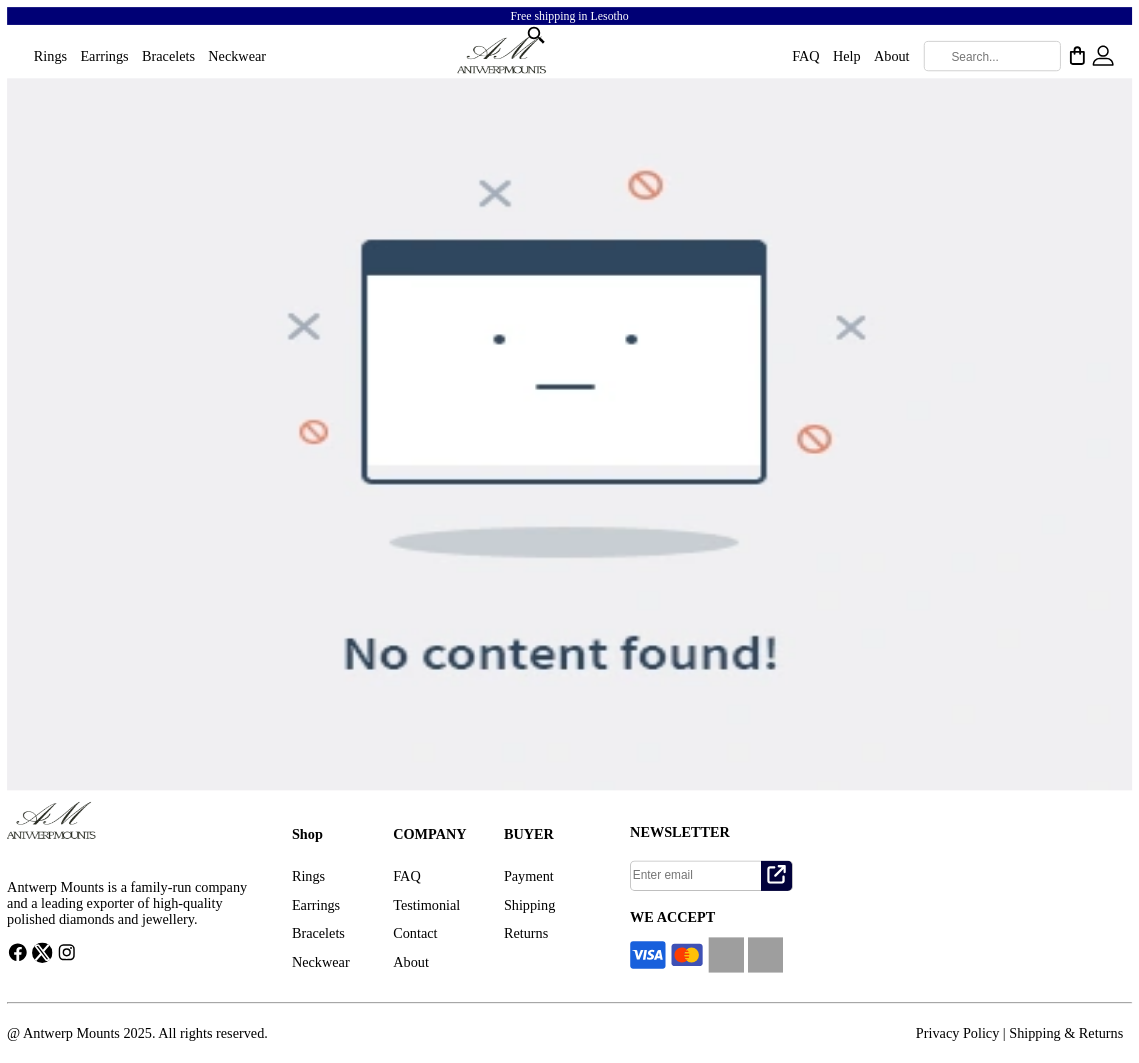
Repository: kea-0424/Web-Development-Project-1
Page: First_collaboration/JewelarySite.html
An editor plug-in stored every save of this project. The page is shown before and after a run of saves, followed by the edit.
The browser window is 1280 px wide. The pictures show the whole page, at 89% of full size.
Pictures or frames that could not be fetched are drawn as grey boxes.

Above is the page before, as saved 2025-01-23 11:36:25.

### First_collaboration/JewelarySite.html
<!DOCTYPE html>
<html lang="en">
<head>
    <meta charset="UTF-8">
    <meta name="viewport" content="width=device-width, initial-scale=1.0">
    <title>Document</title>
    <link rel="stylesheet" href="./JewelarySite.css">
</head>
<body>
    <header>
        <div class="notification">
            <span>Free shipping in Lesotho</span>
        </div>
        <nav>
                <ul class="navigations"  id="right_nav">
                    <li class="navbar_links"><a href="#">Rings</a></li>
                    <li class="navbar_links"><a href="#">Earrings</a></li>
                    <li class="navbar_links"><a href="#">Bracelets</a></li>
                    <li class="navbar_links"><a href="#">Neckwear</a></li>
                </ul>

            <div class="logo_container">
<img src="Main_Logo-removebg-preview.png" alt="Logo" class="main_logo" id="Nav_logo">
            </div>
                <ul class="navigations" id="left_nav">
                    <li class="navbar_links"><a href="#">FAQ</a></li>
                    <li class="navbar_links"><a href="#">Help</a></li>
                    <li class="navbar_links"><a href="#">About</a></li>
                </ul>
                <form action="#">
                    <div class="searchbar_icon">
                        <img src="./bx-search-alt-2.svg" alt="icon">
                        <input class='searchbar' type="text" placeholder="Search...">
                    </div>
                </form>
                <div class="nav_icons">
                    <img src="./cart.svg" alt="Logo" class="icon">
                    <img src="./profile.svg" alt="Logo" class="icon">
                </div>
        </nav>
    </header>
    <main>
        <img src="./NoContent.webp" alt="No_Content" class="No_Content">
    </main>
    <footer>
        <div class="about_us">
            <div class="logo_container">
                <img src="Main_Logo-removebg-preview.png" alt="Logo" class="main_logo">
                            </div>
                            <div class="bio">
                                <p>Antwerp Mounts is a family-run company<br>
                                    and a leading exporter of high-quality<br>
                                   polished diamonds and jewellery.</p>
                            </div>
                                <div class="social_media">
                                    <div class="socials" >
                                        <a href="#"><img src="./bxl-facebook-circle (1).svg" alt="Facebook" id="facebook_link"></a>
                                    </div>
                                    <div class="socials">
                                        <a href="#"><img src="./x-twitter-brands-solid.svg" alt="Twitter" id="X_link"></a>
                                    </div>
                                    <div class="socials">
                                        <a href="#"><img src="./bxl-instagram (1).svg" alt="Instagram" id="instagram_link"></a>
                                    </div>
                                    </div>
        </div>
        <div class="navigation">
            <div class="list1">
                <h4>Shop</h4>
                <ul class="footer_lists">
                    <li><a href="#">Rings</a></li>
                    <li><a href="#">Earrings</a></li>
                    <li><a href="#">Bracelets</a></li>
                    <li><a href="#">Neckwear</a></li>
                </ul>
            </div>
            <div class="list2">
               <h4>COMPANY</h4>
               <ul class="footer_lists">
                <li><a href="#">FAQ</a></li>
                <li><a href="#">Testimonial</a></li>
                <li><a href="#">Contact</a></li>
                <li><a href="#">About</a></li>
               </ul>
            </div>
            <div class="list3">
                <h4>BUYER</h4>
                <ul class="footer_lists">
                    <li><a href="#">Payment</a></li>
                    <li><a href="#">Shipping</a></li>
                    <li><a href="#">Returns</a></li>
                </ul>
            </div>
        </div>
        <div class="Subscription">
            <h4>NEWSLETTER</h4>
            <form action="#">
                <div class="input_container">
                    <input type="text" placeholder="Enter email" class="newsletter_input">
                    <button type="submit" class="submit_btn"><img src="./arrow-up-right-from-square-solid.svg" alt="arrow"></button>
                </div>
            </form>
            <h4>WE ACCEPT</h4>
            <div class="payment_methods">
                <div class="payment_method">
                    <img src="./cc-visa-brands-solid.svg" alt="visa" id="visa">
                </div>
                <div class="payment_method">
                    <img src="mastercard.svg" alt="mastercard" id="mastercard">
                </div>
                <div class="payment_method">
                    <img src="./paypal.svg" alt="paypal" id="paypal">
        </div>
        <div class="payment_method">
            <img src="./skrill.svg" alt="skrill" id="skrill">
        </div>
            </div>
        </div>
        <hr>
        <div class="copyright">
            <p class="left_details">@ Antwerp Mounts 2025. All rights reserved.</p>
            <p class="right_details">Privacy Policy | Shipping & Returns</p>
        </div>
    </footer>
</body>
</html>

### First_collaboration/JewelarySite.css

body {
    box-sizing: border-box;
}
.notification {
    background-color: rgb(0 0 117);
    color: rgb(255 255 255);
    display: flex;
    align-items: center;
    justify-content: center;
    font-size: smaller;
    width: inherit;
    height: 20px;
}
nav {
    display: flex;
    justify-content: space-between;
    /*padding: 10px;*/
}
.main_logo {
    height: 80px;
    width: 100px;
    margin-top: 0;

}
#Nav_logo {
    margin: 0 auto;
    position: absolute;
    left: 40%;
}
.navigations,.navbar_links {
    list-style-type: none;
    display: flex;
    justify-content: space-between;
list-style: none;
text-decoration: none;
color: inherit;
margin-right: 15px;
padding: 0;
}
nav {
    position:relative;
    width: 100%;
    height: 60px
}

a {
    text-decoration: none;
color: inherit;
}
a:hover {
    /*font-size: larger;*/
    transition: font-size 0.2s ease-in-out;
    position: relative;
    /*background-color: blue;*/
    color: rgba(0 0 255 / 0.26);
    border-radius: 3px;
}
main,.No_Content {
    width: 100%;
    height: 800px;
}
.searchbar {
    width: 120px;
    height: 30px;
    border-radius: 5px;
    border: 1px solid #ccc;
    margin-top: 18px;
    padding-left: 30px;
    position: absolute;
    right: 80px;

}
.navbar_links {
    margin-top: 10px;
}
.icon {
    width: 25px;
    height: 25px;
    margin-top: 22px;
}
#left_nav{
    position: absolute;
    right: 220px;
}
#right_nav {
    position: absolute;
    left: 30px;
}
.nav_icons {
    margin-right: 20px;
}
.socials {
    /*border: 1px solid red;*/
    display: inline;
    height: 50px;
    width: 50px;
}
.bio {
    /*border: 1px solid red;*/
    display: inline-block;
}
#X_link {
    background-color: black;
    height: 23px;
    width: 23px;
    border-radius: 50%;
    display: inline-block;
}
/*.list1,.list2,.list3*/.navigation{
    /*border: 1px solid red;*/
    display: inline-block;
    position: absolute;
    left: 320px;
    top: 20px;
box-sizing: border-box;
}
footer {
    /*border: 1px solid red;*/
    position: relative;
}
.list1,.list2,.list3 {
    /*border: 1px solid red;*/
    display: inline-block;
    box-sizing: border-box;
    margin-right: 5px;
}
.list3 {
    position: relative;
    bottom: 32px;
}
.footer_lists {
    position: relative;
    right: 40px;
    list-style: none;
    line-height: 2em;
}
.input_container{
    /*border: 1px solid red;*/
    display: inline;
    height: 33px;
    position: relative;
    border-radius: 5px;
    z-index: 1
}
.newsletter_input {
    height: 30px;
    overflow: hidden;
    border-radius: 5px;
    border: 1px solid rgba(0 0 0 / 0.25);
    /*z-index: 1;*/
}
.submit_btn {
    background-color: rgb(2 2 59);
    border: 1px solid transparent;
    height: 34px;
    width: 35px;
    position: absolute;
right: 1px;
    border-radius:0px 5px 5px 0px;
}
#visa, #mastercard, #paypal, #skrill {
    height: 40px;
    width: 40px;
}
#visa:hover, #mastercard:hover, #paypal:hover, #skrill:hover {
    height: 50px;
    width: 50px;
}
.payment_method {
    /*border: 1px solid red;*/
    display: inline-block;
    position: relative;
    bottom: 8px;
}
.Subscription {
/*border: 1px solid red;*/
display: inline;
position: absolute;
left: 700px;
top:18px;
}
hr {
    margin-top: 40px;
}
.copyright {
   /* border: 1px solid red;*/
    position: relative;
}
.left_details {
    /*border: 1px solid red;*/
    display: inline-block;
}
.right_details {
    /*border: 1px solid red;*/
    display: inline;
    position: absolute;
    right: 10px;
}

After the next 3 saves:
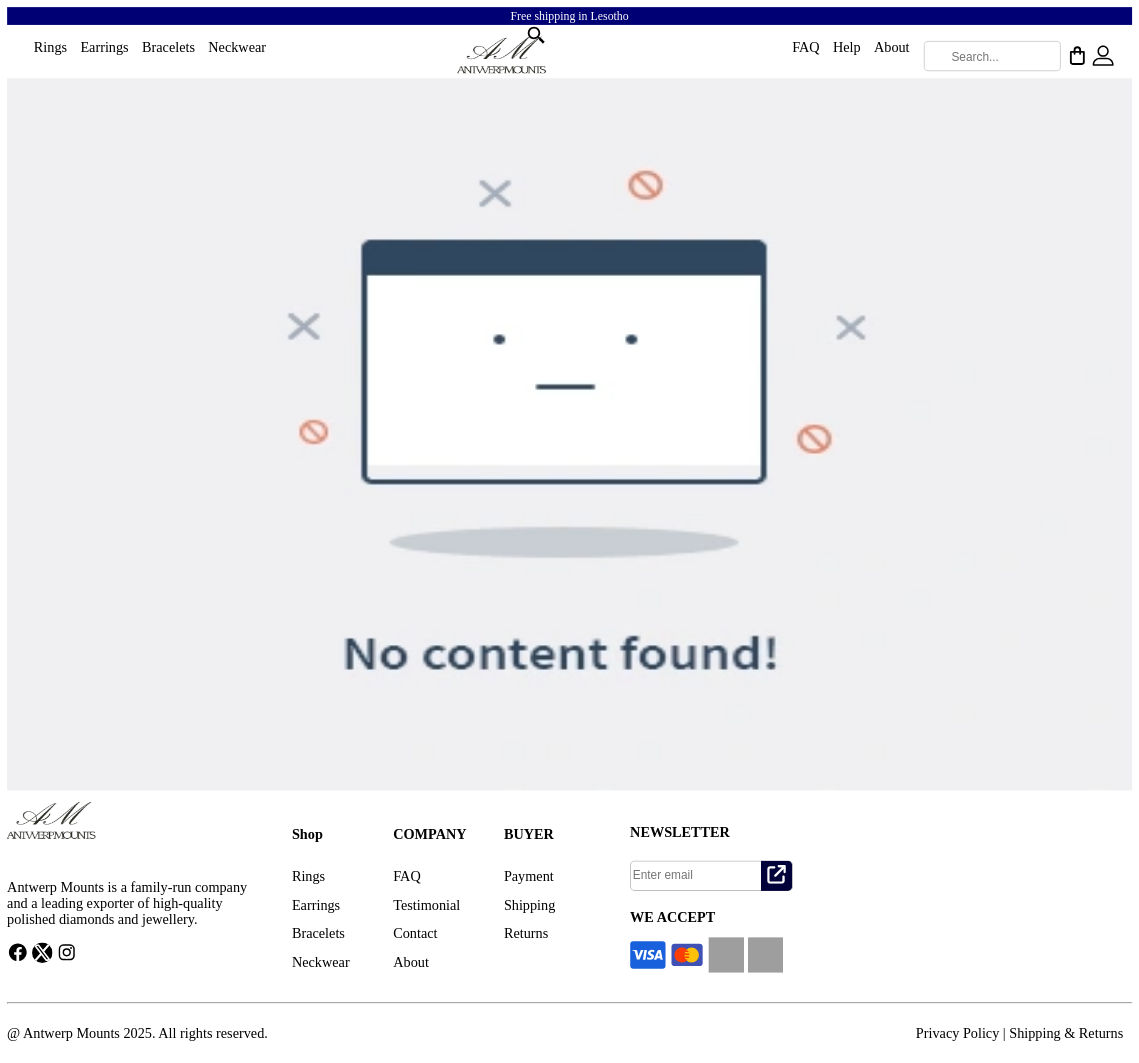
The 3 saves are shown as one change because they came seconds apart.
The last was saved 31 s later.
--- a/First_collaboration/JewelarySite.css
+++ b/First_collaboration/JewelarySite.css
@@ -71,6 +71,7 @@
     right: 80px;
 
 }
+.bx-search-alt-2.svg
 .navbar_links {
     margin-top: 10px;
 }

After the 3 saves that followed:
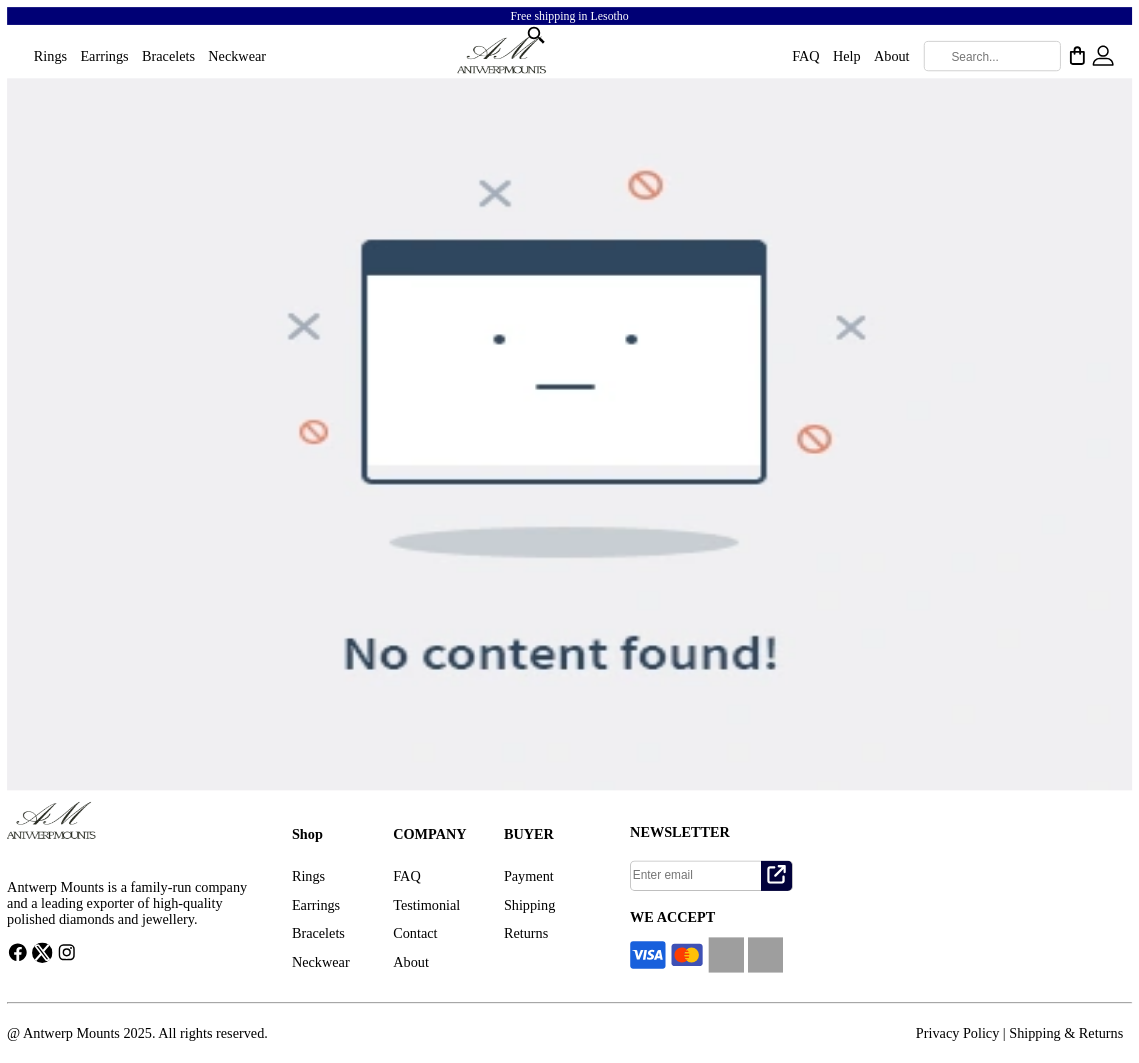
The 3 saves are shown as one change because 1 left the picture as it was and some came seconds apart.
The last was saved 26 s later.
--- a/First_collaboration/JewelarySite.css
+++ b/First_collaboration/JewelarySite.css
@@ -71,7 +71,9 @@
     right: 80px;
 
 }
-.bx-search-alt-2.svg
+.searchbar_icon{
+
+}
 .navbar_links {
     margin-top: 10px;
 }
